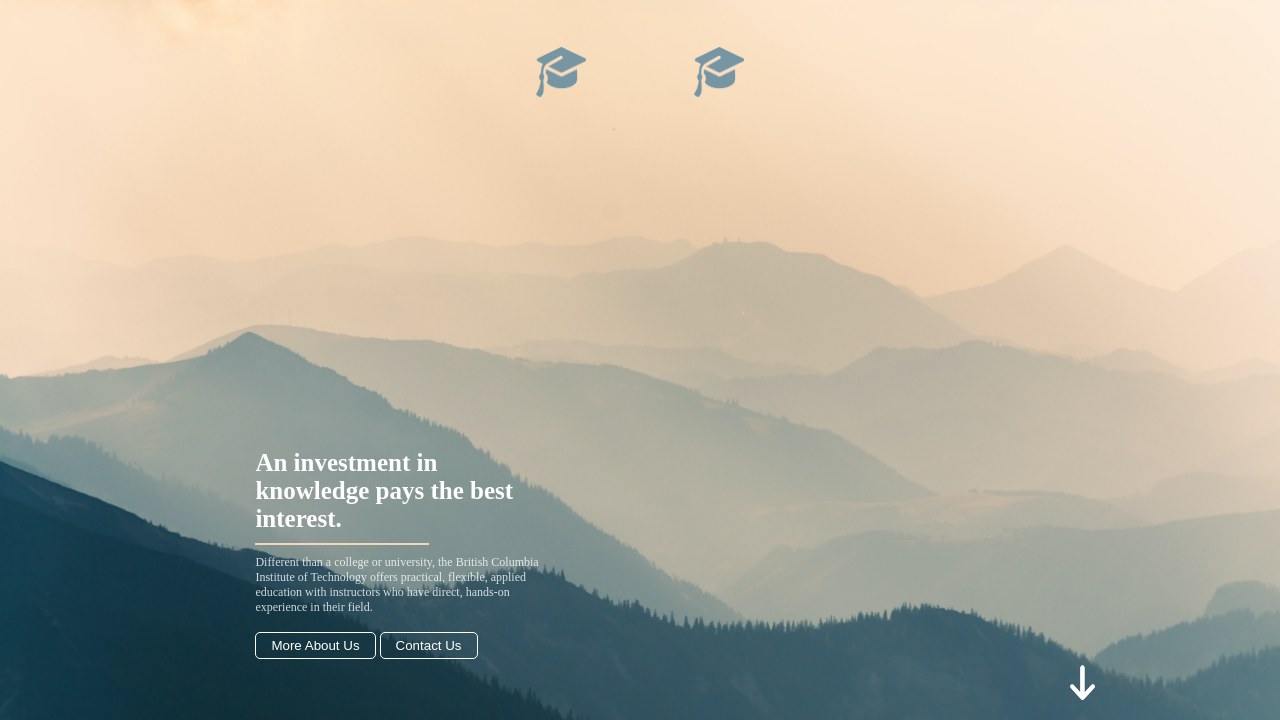
Repository: Sheraliramzan/Aly_A01253508_Assignment1
Page: /
An editor plug-in stored every save of this project. The page is shown before and after the next save, followed by the edit.
The browser window is 1280 px wide. The pictures show the whole page.
The project was rebuilt for these pictures with package versions that can differ from the ones it lists, and the page was loaded fresh each time. The framework's server and built-in components were replaced by stand-ins that run in the browser. Also part of the build but not shown: next.config.js.

Above is the page before, as saved 2023-02-04 17:17:57.

After the next save:
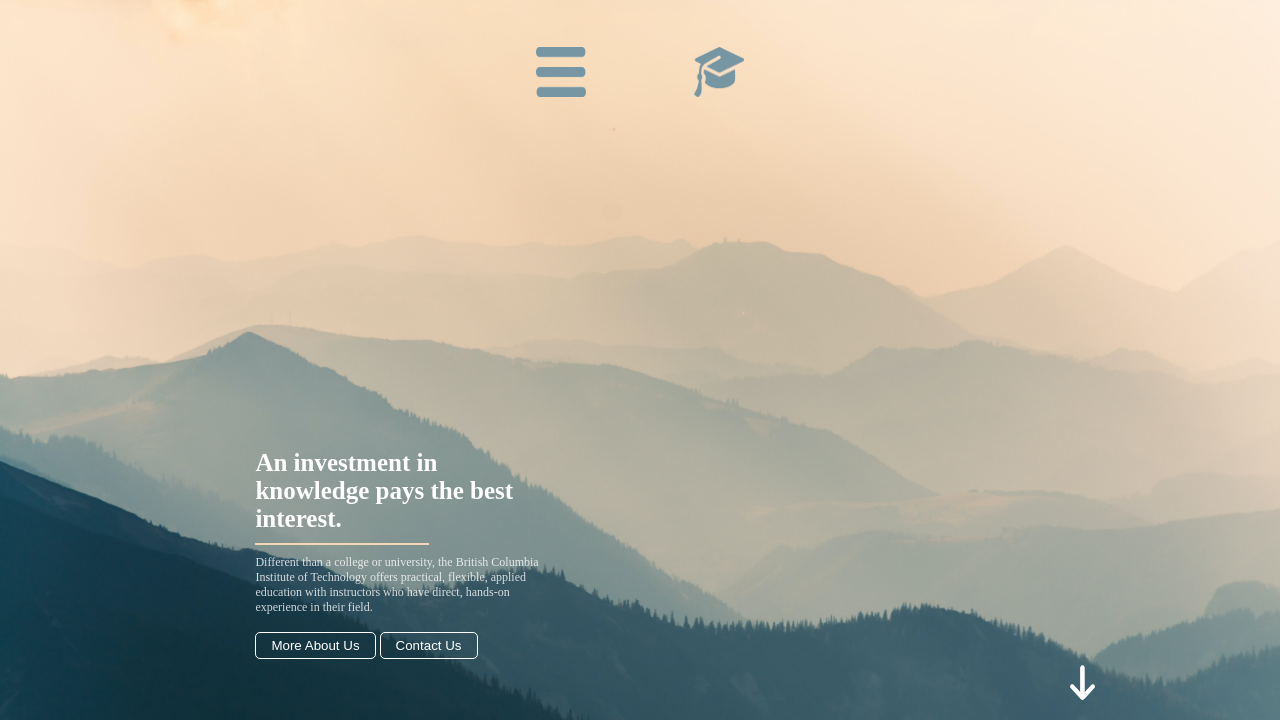
Saved 4 min 31 s later.
--- a/components/nav/nav.jsx
+++ b/components/nav/nav.jsx
@@ -14,7 +14,7 @@ export default function Navbar() {
     <>
       <div className="navcont">
         <Image
-          src={"/icons/graduation-hat.png"}
+          src={"/icons/menu-icon.png"}
           width={50}
           height={50}
           onClick={handleMenu}
